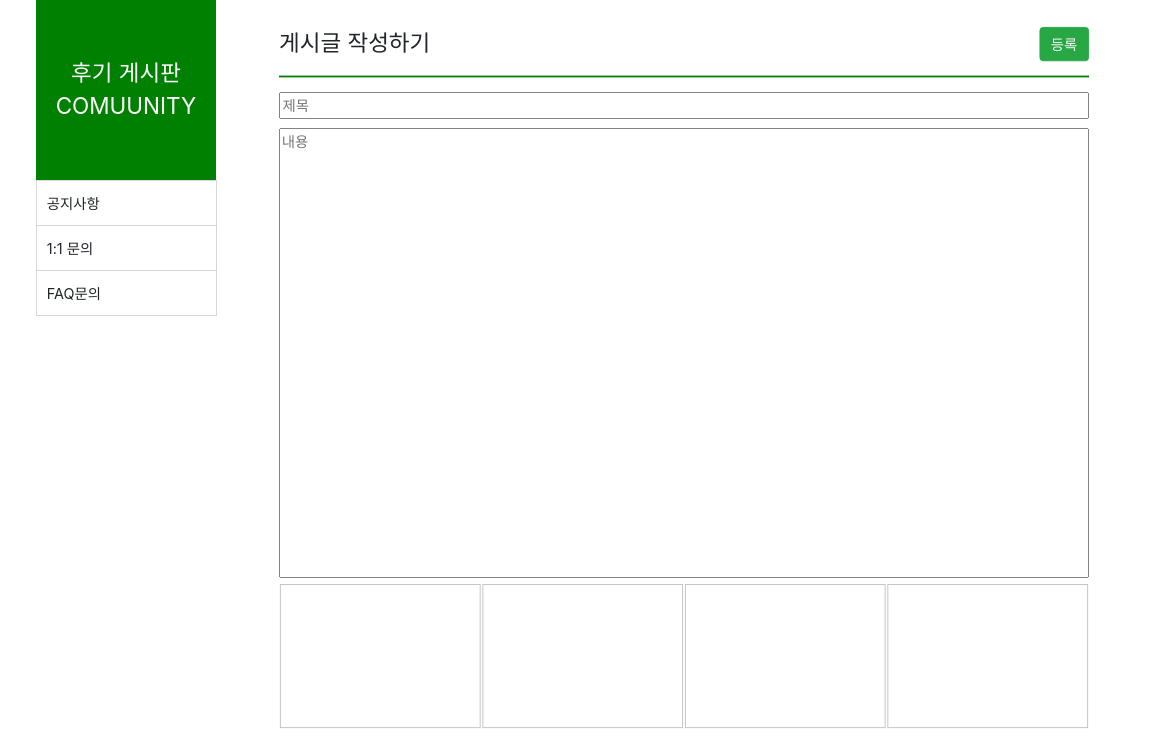
Repository: maru4737/semi
Page: http://localhost/Semi_Project/enroll.fd
These files come from the project's save history. The page is drawn as it stood at one moment and after the next save; the edit follows.
The browser window is 1280 px wide. The pictures show the whole page, at 90% of full size.
The page is served by Tomcat 9. Other server files are loaded and not shown.

Above is the page before, as saved 2021-12-06 10:51:43.

### Semi_Project/WebContent/views/board/boardEnrollView.jsp
<%@ page language="java" contentType="text/html; charset=UTF-8"
	pageEncoding="UTF-8"%>
	<%String alertMsg = (String)session.getAttribute("alertMsg"); %>
<!DOCTYPE html>
<html>
<head>
<meta charset="UTF-8">
<meta http-equiv="X-UA-Compatible" content="IE=edge">
<meta name="viewport" content="width=device-width, initial-scale=1.0">
<title>자유게시판</title>
<!-- Latest compiled and minified CSS -->
<link rel="stylesheet"
	href="https://maxcdn.bootstrapcdn.com/bootstrap/4.5.2/css/bootstrap.min.css">

<!-- jQuery library -->
<script
	src="https://ajax.googleapis.com/ajax/libs/jquery/3.5.1/jquery.min.js"></script>

<!-- Popper JS -->
<script
	src="https://cdnjs.cloudflare.com/ajax/libs/popper.js/1.16.0/umd/popper.min.js"></script>

<!-- Latest compiled JavaScript -->
<script
	src="https://maxcdn.bootstrapcdn.com/bootstrap/4.5.2/js/bootstrap.min.js"></script>

<style>
.wrap {
	width: 1200px;
	margin: 0px auto;
}

#header {
	width: 100%;
	height: 200px;
}

#board-side {
	float: left;
	width: 20%;
}

#board-title {
	width: 200px;
	height: 200px;
	background: green;
	font-size: 25px;
	font-display: none;
	text-decoration: none;
	text-align: center;
	color: white;
	text-align: center;
	display: table-cell;
	vertical-align: middle;
}

#board-center {
	float: left;
	padding: 30px;
	width: 80%;
}

.hr1 {
	border: 0;
	height: 2px;
	background: green;
}

.table-side td {
	border: 1px solid lightgrey;
	width: 200px;
	height: 50px;
	text-indent: 10px;
	text-align: left;
}

.table-side tr:hover {
	color: green;
}

#board-center-header>span {
	font-size: 25px;
}

#title {
	width: 100%;
	resize: none;
	margin-bottom: 10px;
}

#content {
	width: 100%;
	height: 500px;
	resize: none;
}

.input-file {
	margin: 10px 0px;
}
</style>
</head>

<body>
	<div class="wrap">

		<form action="/javajo/insert.fb" id="enroll-form" method="post"
			enctype="multipart/form-data">

			<input type="hidden" name="userNo" value="1">

			<div id="board-body">
				<div id="board-side">
					<div id="board-title" onclick="location.href=''"
						style="cursor: pointer;">
						<span>후기 게시판</span><br>COMUUNITY
					</div>
					<table class="table-side">
						<tr>
							<td>공지사항</td>
						</tr>
						<tr>
							<td>1:1 문의</td>
						</tr>
						<tr>
							<td>FAQ문의</td>
						</tr>
					</table>
				</div>
				<div id="board-center">
					<div id="board-center-header">
						<span>게시글 작성하기</span>
						<button type="submit" class="btn btn-success"
							style="float: right;" name="submit">등록</button>
					</div>
					<hr class="hr1">
					<div id="in_title">
						<input type="text" name="title" id="title" placeholder="제목"
							required>
					</div>

					<div id="in_content">
						<textarea name="content" id="content" placeholder="내용" required></textarea>
					</div>

					<!-- 미리보기 영역-->
					<table>

						<tr>

							<td><img id="contentImg1" width="223" height="160"></td>
							<td><img id="contentImg2" width="223" height="160"></td>
							<td><img id="contentImg3" width="223" height="160"></td>
							<td><img id="contentImg4" width="223" height="160" ></td>
						</tr>
					</table>


					<div id="file-area">
						<input type="file" id="file1" name="file1" onchange="loadImg(this,1)">
						<input type="file" id="file2" name="file2" onchange="loadImg(this,2)">
						<input type="file" id="file3" name="file3" onchange="loadImg(this,3)">
						<input type="file" id="file4" name="file4" onchange="loadImg(this,4)">
					</div>

					<script>
						$(function() {

							$("#file-area").hide();

							$("#contentImg1").click(function() {
								$("#file1").click();
							});

							$("#contentImg2").click(function() {
								$("#file2").click();
							})
							$("#contentImg3").click(function() {
								$("#file3").click();
							})
							$("#contentImg4").click(function() {
								$("#file4").click();
							})
						});

						function loadImg(inputFile, num) {

							// inputFile : 현재 변화가 생긴 <input type="file"> 요소 객체
							// num : 몇번째 input 요소인지 확인 후 그 해당 영역에 미리보기 하기 위한 변수

							console.log(inputFile.files.length);
							// inputFile.files.length : 파일 선택 시 1, 파일 선택 취소 시 0이 찍힘
							// => 파일의 존재 유무를 알 수 있다.

							// files 속성 " 업로드된 파일의 정보들을 배열 형식으로 여러개 묶어서 반환"

							if (inputFile.files.length == 1) { // 파일이 있는 경우

								// 선택된 파일을 읽어들여서 그 영역에 맞는 곳에 미리보기

								// 파일을 읽어들일 FileReader 객체 생성
								var reader = new FileReader();

								// FileReader 객체로부터 파일을 읽어들이는 메소드를 호출
								// 어느 파일을 읽어들일건지 매개변수로 제시해야함 !!
								// 0번 인덱스에 담긴 파일 정보를 제시
								reader.readAsDataURL(inputFile.files[0]);
								// => 해당 파일을 읽어들이는 순간
								//    해당 그 파일만의 고유한 url 이 부여됨
								// => 해당 url 을 src 속성으로 부여할것 !

								// 파일 읽기가 완료되었을 때 실행할 함수를 정의
								reader.onload = function(e) {
									// e의 target => e.target => 이벤트 당한 객체 (this)

									// e 의 target.result 에 각 파일의 url 이 담긴다.
									// e.target.result == this.result

									// 각 영역에 맞춰서 이미지 미리보기
									switch (num) {
									case 1:
										$("#contentImg1").attr("src", e.target.result);
										break;
									case 2:
										$("#contentImg2").attr("src", e.target.result);
										break;
									case 3:
										$("#contentImg3").attr("src", e.target.result);
										break;
									case 4:
										$("#contentImg4").attr("src", e.target.result);
										break;
									}
								};

							} else { // 파일이 없는 경우
								// 미리보기 사라지게 하기
								// src=null 을 담아서 사라지게 할 것

								switch (num) {
								case 1:
									$("#contentImg1").attr("src", null);
									break;
								case 2:
									$("#contentImg2").attr("src", null);
									break;
								case 3:
									$("#contentImg3").attr("src", null);
									break;
								case 4:
									$("#contentImg4").attr("src", null);
									break;
								}

							}

						}
					</script>

				</div>
			</div>
		</form>
	</div>
</body>

</html>

### Semi_Project/src/com/kh/f_board/controller/F_boardEnrollController.java
package com.kh.f_board.controller;

import java.io.IOException;
import javax.servlet.ServletException;
import javax.servlet.annotation.WebServlet;
import javax.servlet.http.HttpServlet;
import javax.servlet.http.HttpServletRequest;
import javax.servlet.http.HttpServletResponse;

/**
 * Servlet implementation class F_boardEnrollController
 */
@WebServlet("/enroll.fd")
public class F_boardEnrollController extends HttpServlet {
	private static final long serialVersionUID = 1L;

    /**
     * @see HttpServlet#HttpServlet()
     */
    public F_boardEnrollController() {
        super();
        // TODO Auto-generated constructor stub
    }

	/**
	 * @see HttpServlet#doGet(HttpServletRequest request, HttpServletResponse response)
	 */
	protected void doGet(HttpServletRequest request, HttpServletResponse response) throws ServletException, IOException {

		request.getRequestDispatcher("views/board/boardEnrollView.jsp").forward(request, response);

	}

	/**
	 * @see HttpServlet#doPost(HttpServletRequest request, HttpServletResponse response)
	 */
	protected void doPost(HttpServletRequest request, HttpServletResponse response) throws ServletException, IOException {
		// TODO Auto-generated method stub
		doGet(request, response);
	}

}

### Semi_Project/WebContent/views/common/header1.jsp
<%@ page language="java" contentType="text/html; charset=UTF-8"
    pageEncoding="UTF-8"%>



<!DOCTYPE html>
<html>
<head>
<meta charset="UTF-8">
<title>고정헤더</title>

<!-- Latest compiled and minified CSS -->
  <link rel="stylesheet" href="https://maxcdn.bootstrapcdn.com/bootstrap/4.5.2/css/bootstrap.min.css">

  <!-- jQuery library -->
  <script src="https://ajax.googleapis.com/ajax/libs/jquery/3.5.1/jquery.min.js"></script>

  <!-- Popper JS -->
  <script src="https://cdnjs.cloudflare.com/ajax/libs/popper.js/1.16.0/umd/popper.min.js"></script>

  <!-- Latest compiled JavaScript -->
  <script src="https://maxcdn.bootstrapcdn.com/bootstrap/4.5.2/js/bootstrap.min.js"></script>

<style>
    #wrap {
        width: 1000px;
        height: 300px;
        margin: auto;
    }
    div, form{
        /*border: 1px solid black;*/
        box-sizing: border-box;
    }
    #miniMenu { height:3%;}
    #miniMenu>button {
        float: right;
        border-radius: 5px;
    }
    #header {height: 15%;}
    #header>div {
        float: left;
    }
    #search {width: 80%; height: 100%; position: relative;}
    #search_form {
        width: 80%;
        height: 20%;
        margin: auto;
        position: absolute;
        right: 0px;
        left: 0px;
        top: 0px;
        bottom: 0px;
    }
    #search_form>div{
        height: 100%;
        float: left;
    }
    #search_form input {
        box-sizing: border-box;
        width: 100%;
        height: 100%;
    }
    #search_text { width: 90%; }
    #search_btn { width: 10%; }

    #img {width: 20%; height: 100%;}
    #nav { height: 5%;}
    #cat {
        list-style-type: none;
        margin: 0px;
        padding: 0px;
        height: 100%;
    }
    #cat>li {
        float: left;
        width: 20%;
        height: 100%;
        text-align: center;
    }
    #cat a {
        text-decoration: none;
        color: black;
        font-size: 13px;
        font-weight: 900;
        width: 100%;
        height: 100%;
        display: block;
        line-height: 35px;
    }
    #cat li:hover {
        background-color: rgb(67, 155, 68);
    }
    #cat a:hover {
        color: white;
    }

</style>



</head>
<body>
    <div id="wrap">
        <div id="miniMenu">
            <button><a href="/javajo/list.fb?currentPage=1">회원가입</a></button>
            <button>로그인</button>
            <button>마이페이지</button>
            <button>고객센터</button>
        </div>
        <div id="header">
            <div id="img"><a href=""><img src="resources\mainImage.png" style="width:100%; height: 100%;"></a></div>
            <div id="search">
                <form id="search_form" action="search.do" method="post">
                    <div id="search_text">
                        <input type="text" placeholder="내용을 입력해주세요">
                    </div>
                    <div id="search_btn">
                        <input type="submit" value="검색">
                    </div>
                </form>
            </div>
        </div>

        <div id="nav">
            <ul id="cat">
                <li><a>국내도서</a></li>
                <li><a>해외도서</a></li>
                <li><a>초/중/고 참고서</a></li>
                <li><a>대학교재</a></li>
                <li><a>수험서/자격증</a></li>
            </ul>
        </div>


    </div>


</body>
</html>

After the next save:
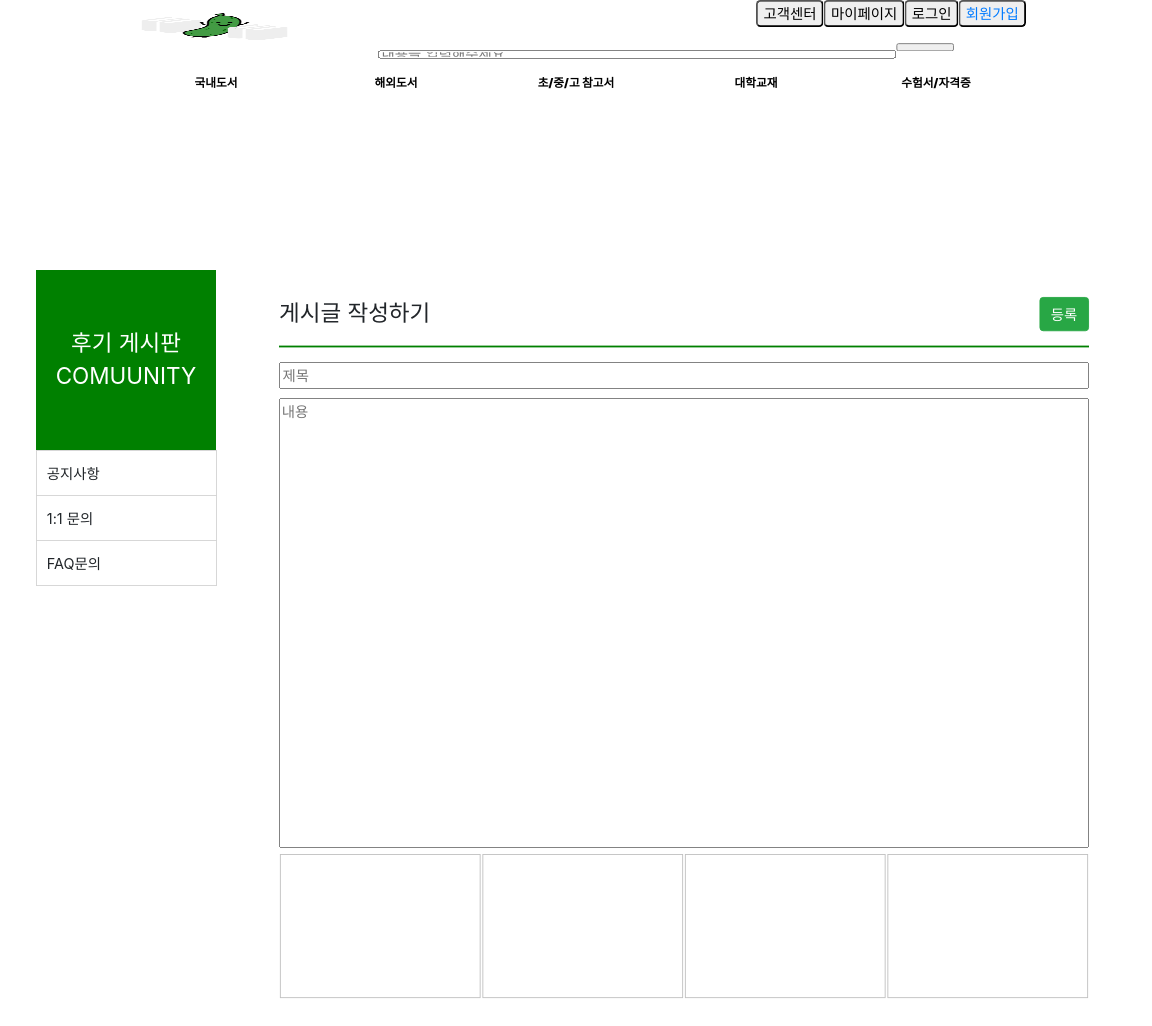
Saved 97 s later.
--- a/Semi_Project/WebContent/views/board/boardEnrollView.jsp
+++ b/Semi_Project/WebContent/views/board/boardEnrollView.jsp
@@ -101,6 +101,8 @@
 </head>
 
 <body>
+
+<%@ include file="../common/header1.jsp"%>
 	<div class="wrap">
 
 		<form action="/javajo/insert.fb" id="enroll-form" method="post"
